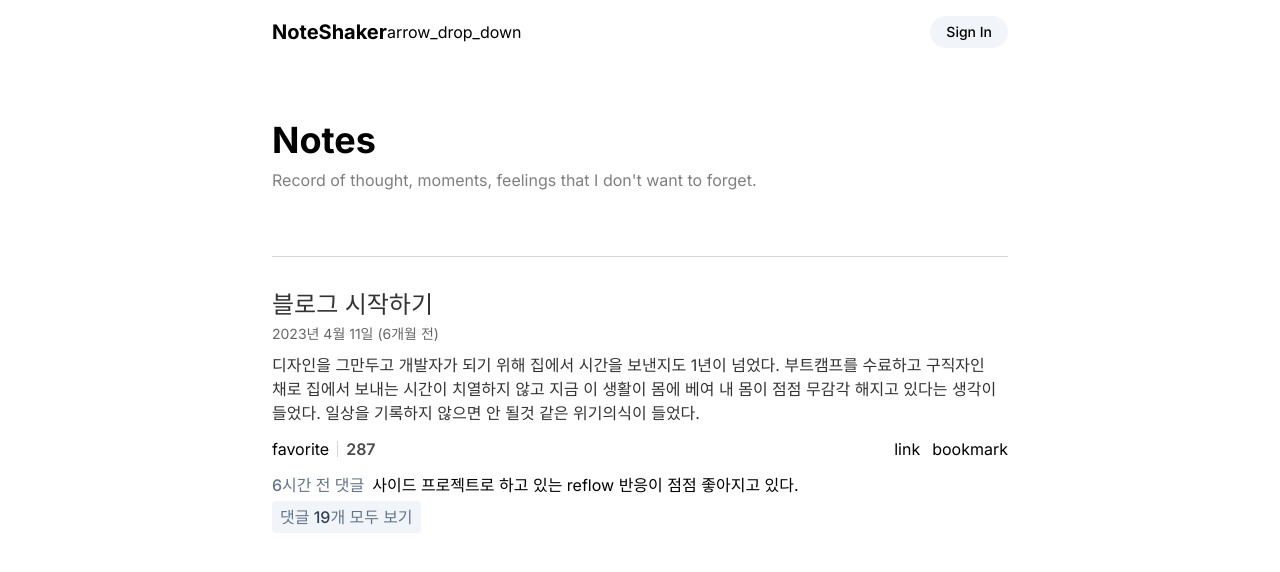
Repository: kwngmin/gongam
Page: /
The author's editor kept a copy of each file at every save. The page is drawn from the files as they stood at one save, then again after the next save.
The browser window is 1280 px wide. The pictures show the whole page.
The page's requests for data from a server got no answer. The project was rebuilt for these pictures with package versions that can differ from the ones it lists, and the page was loaded fresh each time. The framework's server and built-in components were replaced by stand-ins that run in the browser. No one was signed in, and anything a server would have sent is missing. Also part of the build but not shown: next.config.js, src/components/ui/icons/SearchIcon.tsx, src/components/Avatar.tsx, src/components/ui/DockButton.tsx, src/components/ui/Dockbar.tsx.

Above is the page before, as saved 2023-11-05 01:03:56.

### src/app/layout.tsx
import type { Metadata } from 'next';
import { Inter } from 'next/font/google';
import './globals.css';
import Navbar from '@/components/ui/Navbar';
import 'material-symbols';
import AuthContext from '../context/AuthContext';
import { Analytics } from '@vercel/analytics/react';
import Head from 'next/head';
import Dockbar from '@/components/ui/Dockbar';
import SWRConfigContext from '@/context/SWRConfigContext';

const inter = Inter({ subsets: ['latin'] });

export const metadata: Metadata = {
  title: 'NoteShaker',
  description: 'Record of thought, moments, feelings',
};

export default function RootLayout({
  children,
}: {
  children: React.ReactNode;
}) {
  return (
    <html lang='en' className={inter.className}>
      <Head>
        <meta
          name='viewport'
          content='initial-scale=1.0,user-scalable=no,maximum-scale=1,width=device-width'
        />
      </Head>
      <body className='h-screen flex relative flex-col'>
        <AuthContext>
          <header className='sticky top-0 w-full max-w-screen-md mx-auto px-4'>
            <Navbar />
          </header>
          <main className='grow w-full overflow-auto'>
            <SWRConfigContext>{children}</SWRConfigContext>
          </main>
          <footer className=''>
            <Dockbar />
          </footer>
          <Analytics />
        </AuthContext>
      </body>
    </html>
  );
}

### src/app/page.tsx
import NotePost from '@/components/NotePost';
import Title from '@/components/ui/Title';

export default function Home() {
  const titleData = {
    title: `Notes`,
    description: `Record of thought, moments, feelings that I don't want to forget.`,
  };
  return (
    <section className='max-w-screen-md mx-auto px-4 h-fit'>
      <Title titleData={titleData} />
      <NotePost />
    </section>
  );
}

### src/app/globals.css
@tailwind base;
@tailwind components;
@tailwind utilities;

:root {
  --foreground-rgb: 0, 0, 0;
  --background-start-rgb: 214, 219, 220;
  --background-end-rgb: 255, 255, 255;
  --app-height: 100%;
}

@media (prefers-color-scheme: dark) {
  :root {
    --foreground-rgb: 255, 255, 255;
    --background-start-rgb: 0, 0, 0;
    --background-end-rgb: 0, 0, 0;
  }
}

@supports (-webkit-touch-callout: none) {
  .h-screen {
    height: -webkit-fill-available;
  }
}

/* font-variation-settings: 'FILL' 1, 'wght' 400, 'GRAD' 0, 'opsz' 40; */
.material-symbols-rounded {
  font-variation-settings: 'wght' 400;
  /* font-variation-settings: 'FILL' 1, 'wght' 600, 'GRAD' 0, 'opsz' 48; */
  &.filled {
    font-variation-settings: 'FILL' 1;
  }
  &.medium {
    font-size: 28px;
  }
  &.large {
    font-size: 32px;
  }
  &.xlarge {
    font-size: 36px;
  }
}

// 탭 하이라이트 제거
@layer base {
  html {
    -webkit-tap-highlight-color: transparent;
    /* 익스플로러 IE 10 확대 제어 */
    -ms-content-zooming: none;
    -ms-touch-action: pan-x pan-y;
  }
}

// safe-area 하단 대응
@layer utilities {
  .pb-safe {
    padding-bottom: env(safe-area-inset-bottom);
  }
}
/* footer {
  padding-bottom: constant(safe-area-inset-bottom);
  padding-left: constant(safe-area-inset-left);
  padding-right: constant(safe-area-inset-right);

  padding-bottom: env(safe-area-inset-bottom);
  padding-left: env(safe-area-inset-left);
  padding-right: env(safe-area-inset-right);
} */

// safe-area 상단 대응

body {
  padding: 0;
  margin: 0;
  width: 100%;
  overflow: hidden;
  touch-action: none;
}

.dockbar {
  padding-bottom: env(safe-area-inset-bottom);
}

### src/components/ui/Navbar.tsx
'use client';
import Link from 'next/link';
import SearchIcon from './icons/SearchIcon';
import ArrowDropDownIcon from './icons/ArrowDropDownIcon';
import { getServerSession } from 'next-auth';
import { authOptions } from '@/pages/api/auth/[...nextauth]';
import { usePathname } from 'next/navigation';
import { useSession } from 'next-auth/react';
import { useEffect, useState } from 'react';

export default function Navbar() {
  const pathName = usePathname();
  const { data: session } = useSession();
  const [isLoading, setIsLoading] = useState(true);

  // const session = await getServerSession(authOptions);
  // console.log(session);
  if (pathName === '/auth/signin') {
    return true;
  }
  console.log(session);
  return (
    <div className='h-16 flex items-center justify-between'>
      <Link href='/'>
        <div className='flex items-center'>
          <h1 className='text-lg md:text-xl font-bold'>NoteShaker</h1>
          <ArrowDropDownIcon />
        </div>
      </Link>
      {session ? (
        <Link href='/search'>
          <div className='flex items-center w-9 h-9 hover:bg-gray-100 justify-center rounded-2xl'>
            <SearchIcon />
          </div>
        </Link>
      ) : (
        <Link href='/auth/signin'>
          <div className='bg-slate-100 hover:bg-slate-200 rounded-full px-4 h-8 flex items-center font-medium text-sm select-none'>
            Sign In
          </div>
        </Link>
      )}
    </div>
  );
}

### src/context/AuthContext.tsx
'use client';
import { SessionProvider } from 'next-auth/react';
import { ReactNode } from 'react';
type Props = {
  children: ReactNode;
};
export default function AuthContext({ children }: Props) {
  return <SessionProvider>{children}</SessionProvider>;
}

### src/context/SWRConfigContext.tsx
'use client';

import { ReactNode } from 'react';
import { SWRConfig } from 'swr';

type Props = {
  children: ReactNode;
};
export default function SWRConfigContext({ children }: Props) {
  return (
    <SWRConfig
      value={{
        fetcher: (url: string) => fetch(url).then(res => res.json()),
      }}
    >
      {children}
    </SWRConfig>
  );
}

### src/components/NotePost.tsx
'use client';
import RoundIcon from './ui/icons/RoundIcon';
import { BsFillChatFill } from 'react-icons/bs';

export default function NotePost() {
  return (
    <div className='py-8 border-t border-gray-300'>
      <h2 className='text-xl lg:text-2xl font-bold lg:font-medium text-black/80'>
        블로그 시작하기
      </h2>
      <time className='text-black/60 text-sm'>2023년 4월 11일 (6개월 전)</time>
      <div className='text-black/80 mt-2 break-keep'>
        <p>
          디자인을 그만두고 개발자가 되기 위해 집에서 시간을 보낸지도 1년이
          넘었다. 부트캠프를 수료하고 구직자인 채로 집에서 보내는 시간이
          치열하지 않고 지금 이 생활이 몸에 베여 내 몸이 점점 무감각 해지고
          있다는 생각이 들었다. 일상을 기록하지 않으면 안 될것 같은 위기의식이
          들었다.
        </p>
      </div>
      <div className='flex justify-between items-center my-3'>
        <div className='flex items-center gap-2'>
          <RoundIcon name='favorite' style='' />
          <span className='border-l border-gray-300 flex h-4' />
          <span className='font-semibold text-black/70'>287</span>
        </div>
        <div className='flex items-center gap-3'>
          <RoundIcon name='link' style='' />
          <RoundIcon name='bookmark' style='' />
        </div>
      </div>
      <div className='flex flex-col gap-1'>
        <div className='flex items-center gap-2'>
          <span className='text-slate-500 font-medium'>6시간 전 댓글</span>
          {/* <RoundIcon filled name='chat' style='' /> */}
          사이드 프로젝트로 하고 있는 reflow 반응이 점점 좋아지고 있다.
        </div>
        <span className='w-fit cursor-pointer py-1 px-2 bg-slate-100 rounded text-slate-500 select-none font-medium'>
          {/* 댓글 달기 */}
          댓글 <span className='font-medium text-slate-700'>19</span>개 모두
          보기
        </span>
      </div>
    </div>
  );
}

### src/components/ui/Title.tsx
type TitleData = {
  title: string;
  description: string;
};
export default function Title({ titleData }: { titleData: TitleData }) {
  const { title, description } = titleData;
  return (
    <div className='pt-14 pb-16'>
      <h1 className='text-3xl md:text-4xl font-bold mb-2'>{title}</h1>
      <p className='text-black/50 break-keep'>{description}</p>
    </div>
  );
}

### src/components/ui/icons/ArrowDropDownIcon.tsx
export default function ArrowDropDownIcon() {
  return (
    <span className='material-symbols-rounded fillIcon'>arrow_drop_down</span>
  );
}

### src/components/ui/icons/RoundIcon.tsx
type Props = {
  filled?: boolean;
  style?: string;
  name: string;
};
export default function RoundIcon({ filled = false, style, name }: Props) {
  return (
    <span
      className={`material-symbols-rounded ${
        filled ? 'filled' : ''
      } ${style} select-none`}
    >
      {name}
    </span>
  );
}

Loaded but not shown: tailwind.config.js (common file)

After the next save:
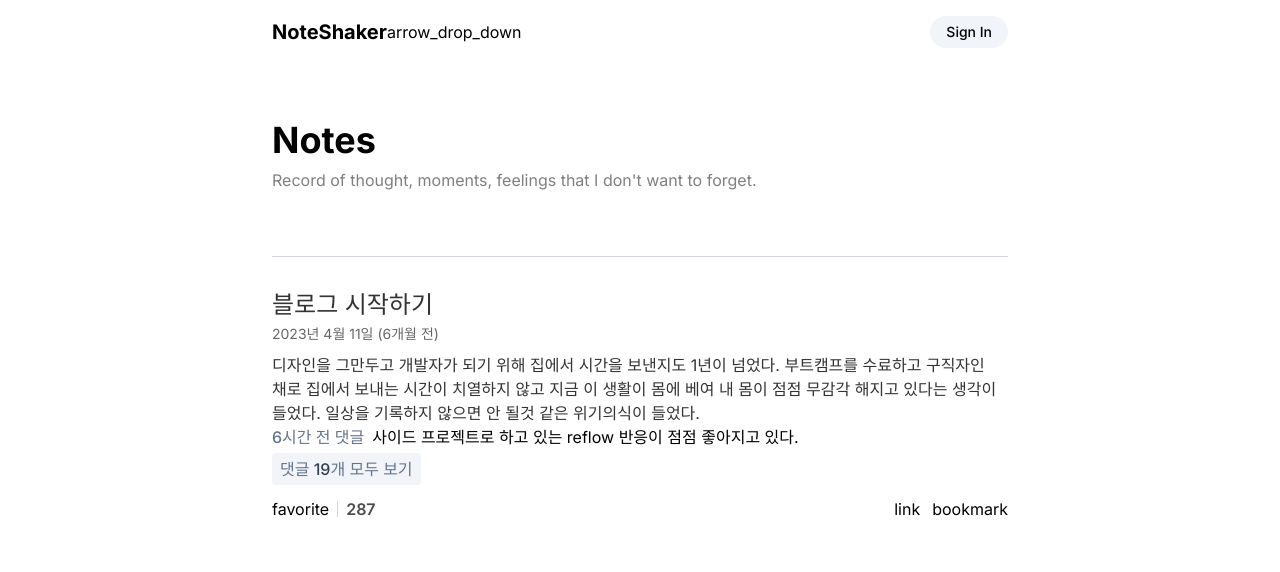
Saved 22 s later.
--- a/src/components/NotePost.tsx
+++ b/src/components/NotePost.tsx
@@ -18,17 +18,6 @@
           들었다.
         </p>
       </div>
-      <div className='flex justify-between items-center my-3'>
-        <div className='flex items-center gap-2'>
-          <RoundIcon name='favorite' style='' />
-          <span className='border-l border-gray-300 flex h-4' />
-          <span className='font-semibold text-black/70'>287</span>
-        </div>
-        <div className='flex items-center gap-3'>
-          <RoundIcon name='link' style='' />
-          <RoundIcon name='bookmark' style='' />
-        </div>
-      </div>
       <div className='flex flex-col gap-1'>
         <div className='flex items-center gap-2'>
           <span className='text-slate-500 font-medium'>6시간 전 댓글</span>
@@ -41,6 +30,17 @@
           보기
         </span>
       </div>
+      <div className='flex justify-between items-center my-3'>
+        <div className='flex items-center gap-2'>
+          <RoundIcon name='favorite' style='' />
+          <span className='border-l border-gray-300 flex h-4' />
+          <span className='font-semibold text-black/70'>287</span>
+        </div>
+        <div className='flex items-center gap-3'>
+          <RoundIcon name='link' style='' />
+          <RoundIcon name='bookmark' style='' />
+        </div>
+      </div>
     </div>
   );
 }

After the save that followed:
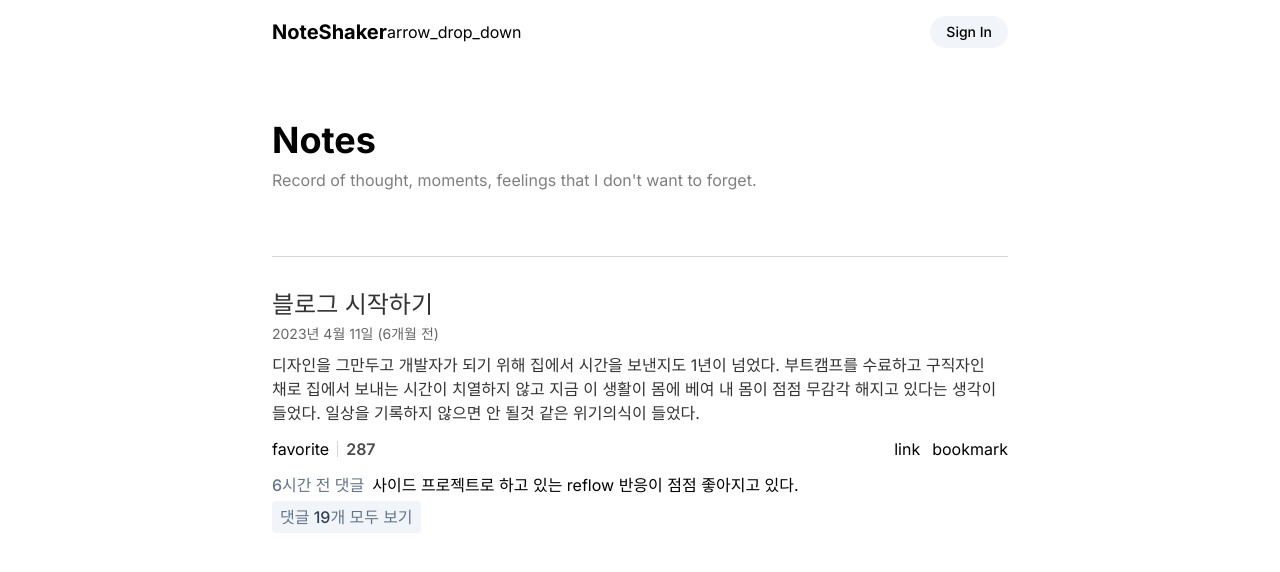
Saved 14 s later.
--- a/src/components/NotePost.tsx
+++ b/src/components/NotePost.tsx
@@ -18,6 +18,17 @@
           들었다.
         </p>
       </div>
+      <div className='flex justify-between items-center my-3'>
+        <div className='flex items-center gap-2'>
+          <RoundIcon name='favorite' style='' />
+          <span className='border-l border-gray-300 flex h-4' />
+          <span className='font-semibold text-black/70'>287</span>
+        </div>
+        <div className='flex items-center gap-3'>
+          <RoundIcon name='link' style='' />
+          <RoundIcon name='bookmark' style='' />
+        </div>
+      </div>
       <div className='flex flex-col gap-1'>
         <div className='flex items-center gap-2'>
           <span className='text-slate-500 font-medium'>6시간 전 댓글</span>
@@ -30,17 +41,6 @@
           보기
         </span>
       </div>
-      <div className='flex justify-between items-center my-3'>
-        <div className='flex items-center gap-2'>
-          <RoundIcon name='favorite' style='' />
-          <span className='border-l border-gray-300 flex h-4' />
-          <span className='font-semibold text-black/70'>287</span>
-        </div>
-        <div className='flex items-center gap-3'>
-          <RoundIcon name='link' style='' />
-          <RoundIcon name='bookmark' style='' />
-        </div>
-      </div>
     </div>
   );
 }
